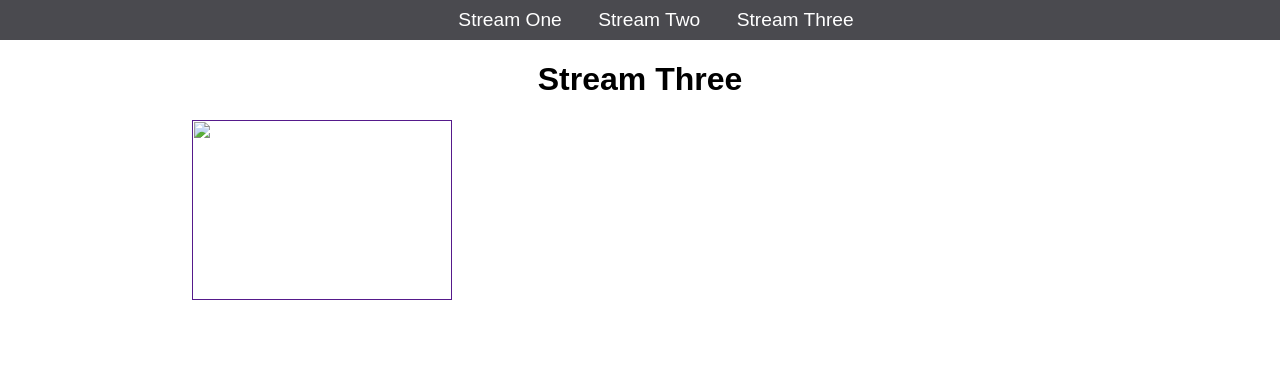
Repository: mark-joyce/my-first-website
Page: Stream-three.html
The author's editor kept a record of every edit. The page is drawn from the files as they stood at one moment, then again after the next edit.
The browser window is 1280 px wide. The pictures show the whole page.
Pictures or frames that could not be fetched are drawn as grey boxes.

Above is the page before.

After the next edit:
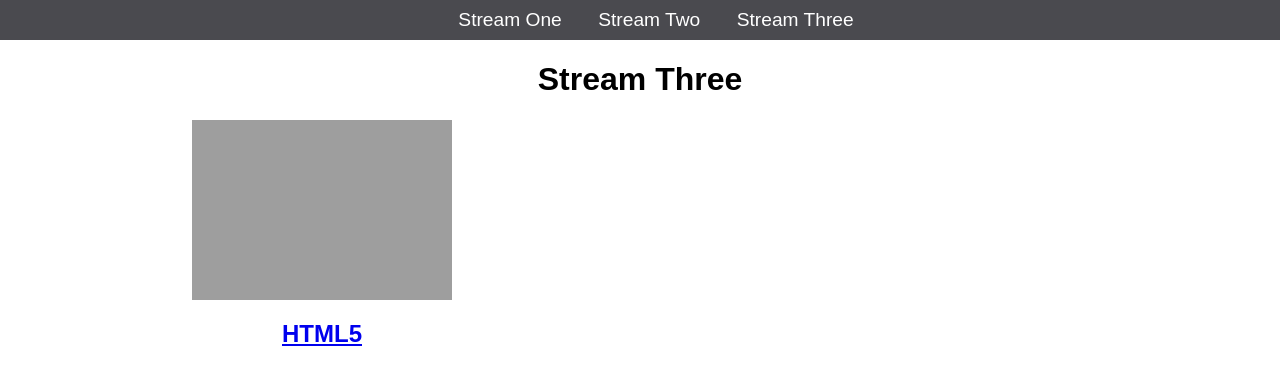
The edit:
--- a/Stream-three.html
+++ b/Stream-three.html
@@ -17,9 +17,9 @@
 
         <h1>Stream Three</h1>
         <div class="card">
-            <a href="">
-                <img src=""></img>
-                <h2></h2>
+            <a href="https://en.wikipedia.org/wiki/HTML5">
+                <img src="https://www.google.com/url?sa=i&source=images&cd=&ved=2ahUKEwiS4IL0o5HlAhXJUhUIHe8vCXIQjRx6BAgBEAQ&url=https%3A%2F%2Fen.wikipedia.org%2Fwiki%2FHTML5&psig=AOvVaw3kghc1LAwV5uE3f7vaX9is&ust=1570782750623407"></img>
+                <h2>HTML5</h2>
             </a>
         </div>
 
